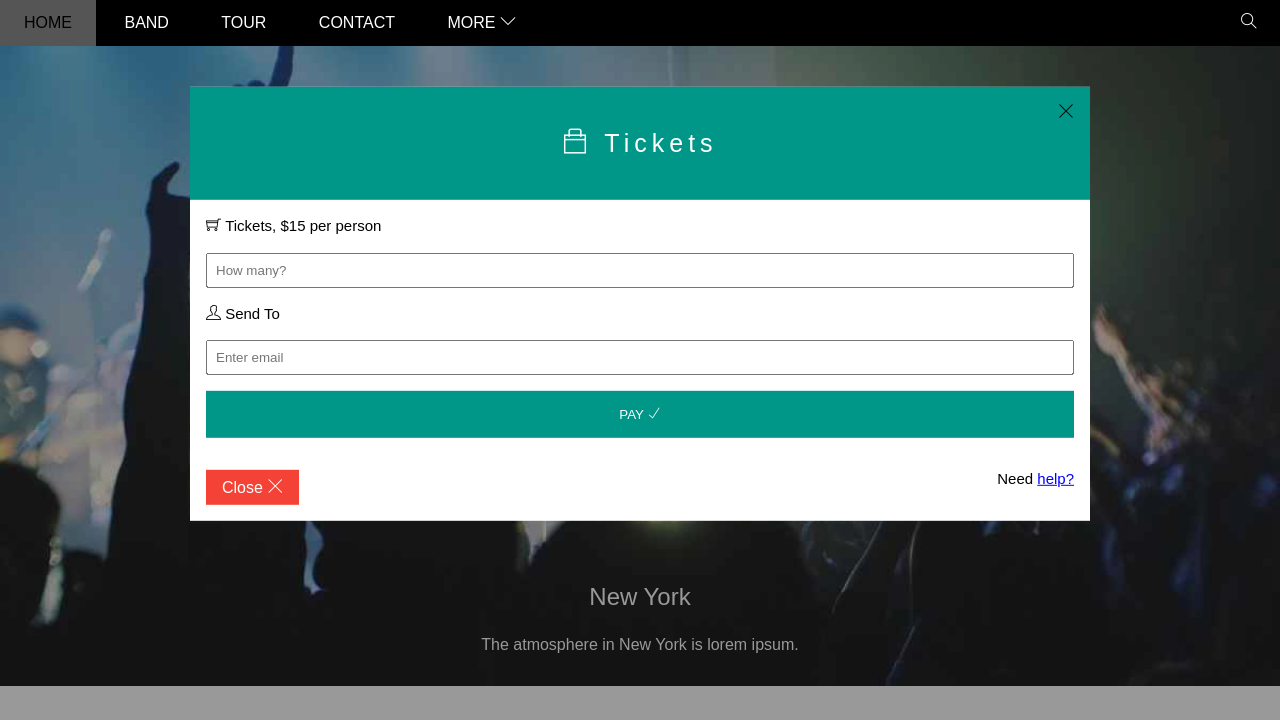
Repository: tung1233hhhhhhhhhhhhh/Website
Page: w3_band/index.html
The author's editor kept a copy of each file at every save. The page is drawn from the files as they stood at one save, then again after the next save.
The browser window is 1280 px wide. The pictures show the window.
A layer covers the whole window, so only the first screen is drawn.

Above is the page before, as saved 2023-02-18 21:57:53.

After the next save:
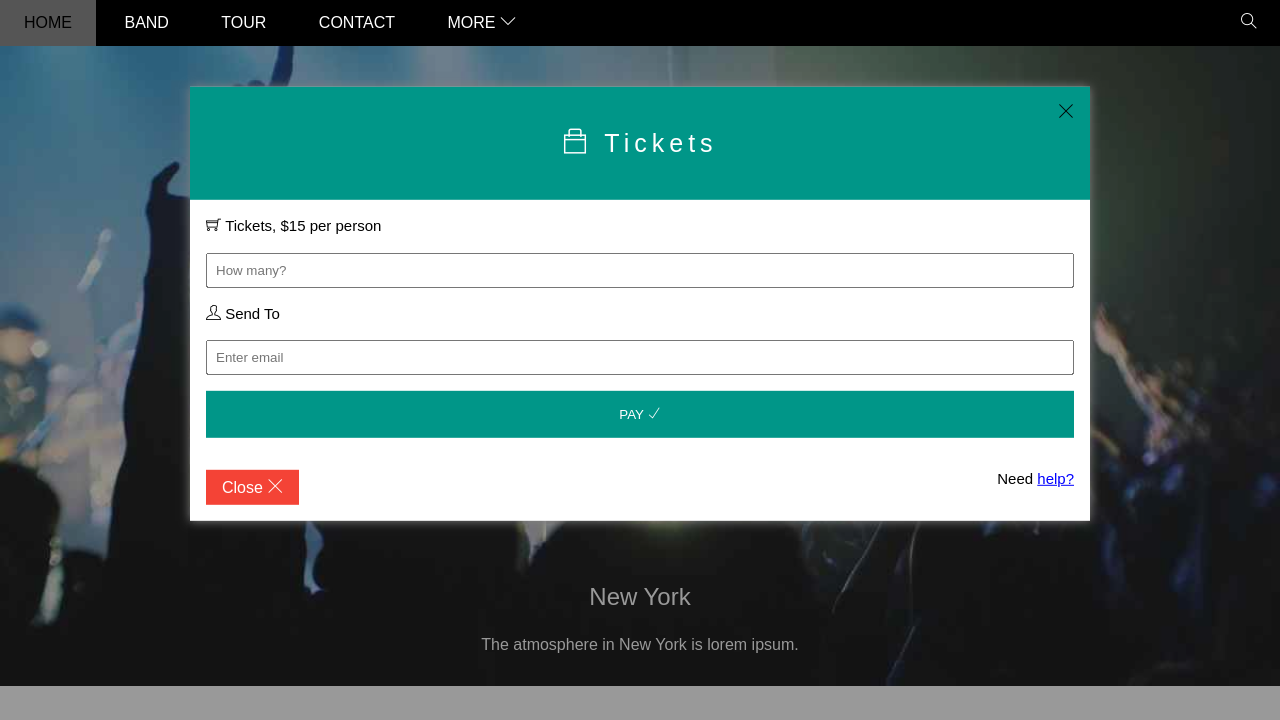
Saved 38 s later.
--- a/w3_band/assets/css/style.css
+++ b/w3_band/assets/css/style.css
@@ -391,6 +391,7 @@
     margin: 0 auto;
     transform: translateY(20%);
     position: relative;
+    box-shadow: 0 0 10px gray;
 }
 
 .modal .modal-container .modal-close {
